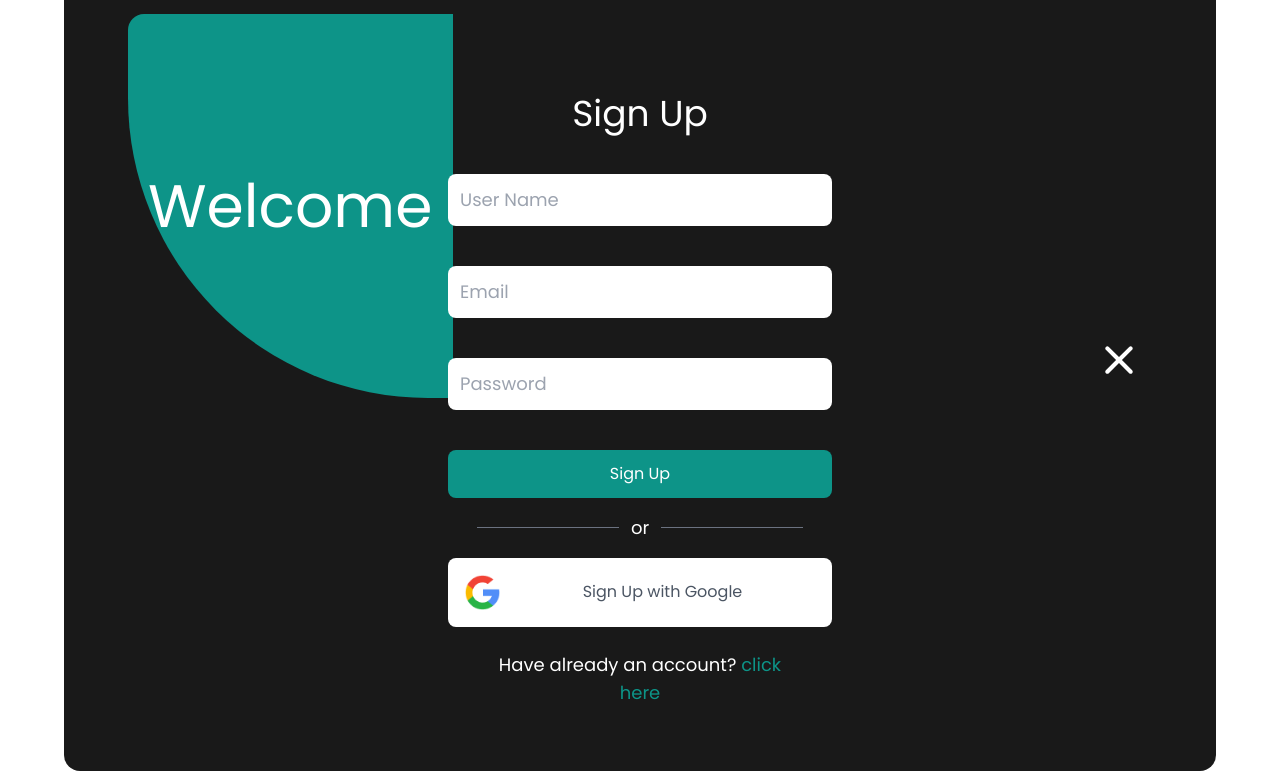
Repository: Ahmed77669/GT-Exams
Page: /
An editor plug-in stored every save of this project. The page is shown before and after the next save, followed by the edit.
The browser window is 1280 px wide. The pictures show the whole page.
The project was rebuilt for these pictures with package versions that can differ from the ones it lists, and the page was loaded fresh each time. The framework's server and built-in components were replaced by stand-ins that run in the browser. Also part of the build but not shown: next.config.mjs.

Above is the page before, as saved 2024-10-04 19:57:46.

After the next save:
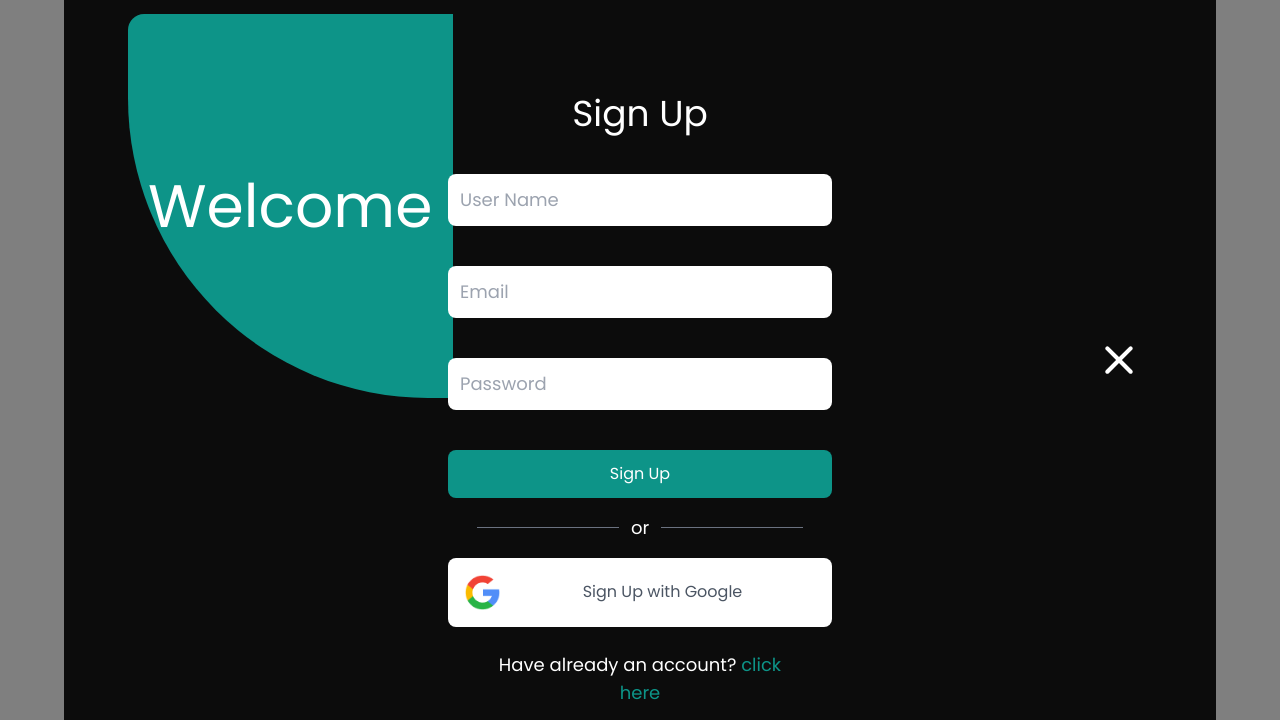
Saved 2 min 30 s later.
--- a/app/page.tsx
+++ b/app/page.tsx
@@ -6,8 +6,8 @@ import Image from "next/image";
 export default function Home() {
   return (
     <main>
-       <div className="popup-overlay">
-                    <div className="popup-content">
+<div className="fixed top-0 left-0 w-full h-full bg-black bg-opacity-50 flex justify-center items-center z-[1000]">
+<div className="p-5 rounded-lg max-w-[1600px] w-full">
       <Signup closeSignup={function (): void {
         throw new Error("Function not implemented.");
       } } toggleForm={function (formType: "login" | "resetPassword"): void {
